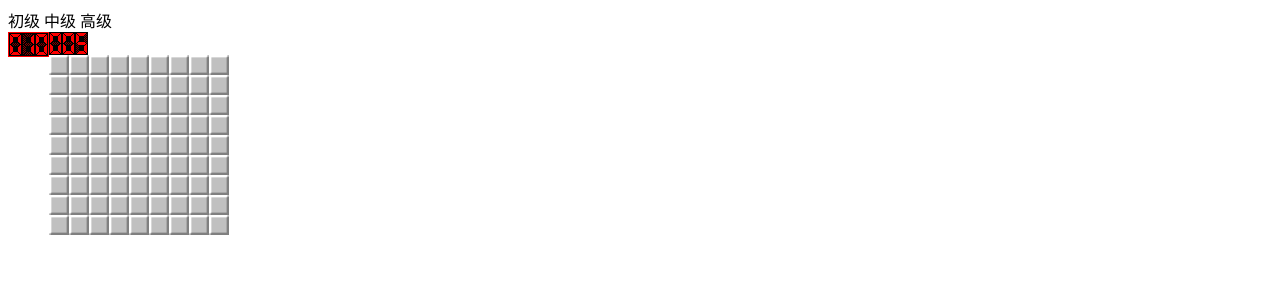
Repository: vLinv/MineSweeper
Page: index.html
An editor plug-in stored every save of this project. The page is shown before and after the next save, followed by the edit.
The browser window is 1280 px wide. The pictures show the whole page.

Above is the page before, as saved 2022-02-18 11:48:45.

### index.html
<!DOCTYPE html>
<html lang="en">

<head>
  <meta charset="UTF-8">
  <meta http-equiv="X-UA-Compatible" content="IE=edge">
  <meta name="viewport" content="width=device-width, initial-scale=1.0">
  <title>MineSweeper</title>
</head>

<body>
  <div class="level_select">
    <span onclick="changeLevel('primary')">初级</span>
    <span onclick="changeLevel('intermediate')">中级</span>
    <span onclick="changeLevel('advanced')">高级</span>
  </div>
  <div class="game_wrap">
    <div class="header_wrap">
      <canvas id="mineNumCanvas" width="39" height="23" style="border: 1px solid red;"></canvas>
      <div class="face_btn"></div>
      <canvas id="timeCanvas" width="39" height="23"></canvas>
    </div>
    <div class="section_wrap">
      <canvas id="canvas" width="180" height="180"></canvas>
    </div>
  </div>
  <style>
    .header_wrap{
      width: 180px;
      height: 23px;
    }
    #mineNumCanvas, #timeCanvas{
      display: inline-block;
      float: left;
    }

  </style>
  <script>
    /** @type {HTMLCanvasElement} */
    // 游戏canvas
    const canvasNode = document.getElementById('canvas')
    const ctx = canvasNode.getContext('2d')
    // mineNum与timer Canvas
    const mineNumNode = document.getElementById('mineNumCanvas')
    const timerNode = document.getElementById('timeCanvas')
    const mineNumCtx = mineNumNode.getContext('2d')
    const timerCtx = timerNode.getContext('2d')

    // 存储图片路径（name, url）
    const imgArr = new Map();
    // 存储已加载好的图片 (name, img)
    const imgArrElement = new Map();
    // 资源是否加载完成
    let sourceInit = false;

    let mineSweeper = null;

    const MAP_LEVEL = {
      'primary': {
        mapSize: [9, 9],
        mineNum: 10
      },
      'intermediate': {
        mapSize: [16, 16],
        mineNum: 40
      },
      'advanced': {
        mapSize: [16, 30],
        mineNum: 90
      }
    }

    function initImage() {
      imgArr.set('ask', './img/ask.gif')
      imgArr.set('blank', './img/blank.gif')
      imgArr.set('blood', './img/blood.gif')
      imgArr.set('flag', './img/flag.gif')
      imgArr.set('mine', './img/mine.gif')
      for (let i = 0; i <= 8; i++) {
        imgArr.set(i, './img/' + i + '.gif')
      }
      for (let i = 0; i <= 9; i++) {
        imgArr.set('num_' + i, './img/num_' + i + '.jpg');
      }
      const loadImage = (url) => {
        return new Promise((reslove) => {
          let img = new Image();
          img.onload = () => reslove(img)
          img.src = url
        })
      }
      const promiseArr = [];
      // 获取所有图片的promise对象并使用promise.all进行加载
      [...imgArr.keys()].forEach(e => {
        promiseArr.push(loadImage(imgArr.get(e)))
      });
      sourceInit = true;
      return Promise.all(promiseArr)
    }

    // 开始游戏
    async function startGame() {
      if (!sourceInit) {
        const res = await initImage()
        const keys = [...imgArr.keys()];
        res.forEach((item, index) => {
          imgArrElement.set(String(keys[index]), item)
        })
      }
      mineSweeper = new MineSweeper();
      mineSweeper.initGame();
    }

    class MineSweeper {
      constructor() {
        this.level = 'primary'
        this.map = [];
        this.mapSizeX = 0;
        this.mapSizeY = 0;
        this.mineNum = 0;
        this.bombList = [];
        this.flagList = [];
        this.problemList = [];
        this.isGameOver = false;
        this.mineNumCanvas = mineNumCtx;
        this.timerCanvas = timerCtx;
        this.timer = null;
        this.time = 0;
      }

      initGame() {
        const {
          mapSize,
          mineNum
        } = MAP_LEVEL[this.level]
        this.mapSizeX = mapSize[0];
        this.mapSizeY = mapSize[1];
        this.mineNum = mineNum;
        this.buildMap();
        this.buildBomb();
        this.drawMap();
        this.drawGameInfo(this.mineNum, this.mineNumCanvas);
        this.drawGameInfo(this.time, this.timerCanvas)
        this.timer = setInterval(() => {
          this.time += 1;
          this.drawGameInfo(this.time, this.timerCanvas)
        }, 1000)
      }

      buildMap() {
        for (let i = 0; i < this.mapSizeY; i++) {
          this.map.push(new Array(this.mapSizeX).fill(-1))
        }
      }

      buildBomb() {
        let curBomb = 0;
        while (curBomb < this.mineNum) {
          let xPos = Number.parseInt(Math.random() * this.mineNum);
          let yPos = Number.parseInt(Math.random() * this.mineNum);
          if (this.bombList.find(item => {
              return xPos === item[0] && yPos === item[1]
            }) === undefined) {
            this.bombList.push([xPos, yPos])
            curBomb++;
          }
        }
      }
      // 绘制
      drawMap() {
        const blankImg = imgArrElement.get('blank')
        const flag = imgArrElement.get('flag')

        for (let i = 0; i < this.mapSizeX; i++) {
          for (let j = 0; j < this.mapSizeY; j++) {
            if (this.map[i][j] === -1) {
              ctx.drawImage(blankImg, 0, 0, blankImg.width, blankImg.height, 20 * i, 20 * j, 20, 20)
            } else if (this.map[i][j] >= 0) {
              const numImg = imgArrElement.get(this.map[i][j] + '')
              ctx.drawImage(numImg, 0, 0, numImg.width, numImg.height, 20 * i, 20 * j, 20, 20)
            }
            if (this.posInflagList(i, j) !== -1) {
              ctx.drawImage(flag, 0, 0, flag.width, flag.height, 20 * i, 20 * j, 20, 20)
            }
          }
        }
      }

      drawAllBomb(xPos, yPos) {
        const blood = imgArrElement.get('blood')
        const mine = imgArrElement.get('mine')
        // 绘制所有地雷
        this.bombList.forEach(e => {
          if (e[0] === xPos && e[1] === yPos) {
            ctx.drawImage(blood, 0, 0, blood.width, blood.height, 20 * e[0], 20 * e[1], 20, 20)
          } else {
            ctx.drawImage(mine, 0, 0, mine.width, mine.height, 20 * e[0], 20 * e[1], 20, 20)
          }
        })
      }


      // 绘制地雷数与计时器
      drawGameInfo(num, ctx) {
        // 将num转换为3位数字
        const tmpArr = new Array(3).fill(0);
        const arr = [...num + '']
        while (arr.length < 3) {
          arr.unshift('0')
        }
        for (let i = 0; i < 3; i++) {
          ctx.drawImage(imgArrElement.get('num_' + arr[i]), i * 13, 0)
        }
      }

      // 获取(xPos, yPos)周围八格位置
      getAroundGrid(xPos, yPos) {
        const pos = [-1, 0, 1];
        const around = [];
        for (let i = 0; i < pos.length; i++) {
          let tmpxPos = xPos + pos[i];
          // 边界
          if (tmpxPos < 0 || tmpxPos >= this.mapSizeX) {
            continue
          }
          for (let j = 0; j < pos.length; j++) {
            let tmpyPos = yPos + pos[j];
            if (tmpyPos < 0 || tmpyPos >= this.mapSizeY || (tmpxPos === xPos && tmpyPos === yPos)) {
              continue
            }
            around.push([tmpxPos, tmpyPos])
          }
        }
        return around;
      }

      // 点击(xPos, yPos)操作
      clickPos(xPos, yPos) {
        // 判断游戏是否结束
        if (this.posInBombList(xPos, yPos)) {
          this.gameOver(xPos, yPos);
          return;
        }
        const queue = []
        queue.push([xPos, yPos]);
        while (queue.length > 0) {
          let tmpNode = queue.shift()
          let tmpxPos = tmpNode[0],
            tmpyPos = tmpNode[1]
          // 该点为雷或已经打开则跳过
          if (this.posInBombList(tmpxPos, tmpyPos) || this.map[tmpxPos][tmpyPos] >= 0) {
            continue;
          }
          const around = this.getAroundGrid(tmpxPos, tmpyPos, this.map.length)
          // around中有几个雷
          let bombNum = 0
          around.forEach(x => {
            this.bombList.forEach(y => {
              if (x[0] === y[0] && x[1] === y[1]) {
                bombNum++;
              }
            })
          })
          this.map[tmpxPos][tmpyPos] = bombNum;
          // 如果周围没有雷，则继续打开周围坐标
          if (bombNum === 0) {
            queue.push(...around)
          }
        }
        this.drawMap()
      }

      // 游戏结束操作
      gameOver(xPos, yPos) {
        this.drawAllBomb(xPos, yPos)
        this.isGameOver = true;
      }

      // (xPos, yPos)是否为雷
      posInBombList(xPos, yPos) {
        // true: 存在
        return this.bombList.find(item => {
          return xPos === item[0] && yPos === item[1]
        }) !== undefined
      }

      // (xPos, yPos)是否被标记
      posInflagList(xPos, yPos) {
        return this.flagList.findIndex(item => {
          return xPos === item[0] && yPos === item[1]
        })
      }

      // 判断游戏是否胜利
      checkGameWin() {
        // 剩余未打开格子都存在于bombList中
        for (let i = 0; i < this.mapSizeX; i++) {
          for (let j = 0; j < this.mapSizeY; j++) {
            let tmpGrid = this.map[i][j]
            if (tmpGrid < 0 && !this.posInBombList(i, j)) {
              return false;
            }
          }
        }
        return true;
      }

      // 标记(xPos, yPos)
      signBomb(xPos, yPos) {
        const pos = this.posInflagList(xPos, yPos)
        if (pos !== -1) {
          this.flagList.splice(pos, 1)
        } else {
          this.flagList.push([xPos, yPos])
        }
        this.drawMap()
      }

      // 改变等级
      changeLevel(level) {

      }
    }

    // 监听点击事件
    document.addEventListener('click', e => {
      if (e.target !== canvas || mineSweeper.isGameOver) {
        return;
      }
      mineSweeper.clickPos(Number.parseInt(e.offsetX / 20), Number.parseInt(e.offsetY / 20))
    })

    // 监听右键事件
    document.oncontextmenu = e => {
      if (e.target !== canvas || mineSweeper.isGameOver) {
        return false;
      }
      const xPos = Number.parseInt(Number.parseInt(e.offsetX / 20)),
        yPos = Number.parseInt(Number.parseInt(e.offsetY / 20))
      mineSweeper.signBomb(xPos, yPos)
    };
    startGame();
  </script>
</body>

</html>

After the next save:
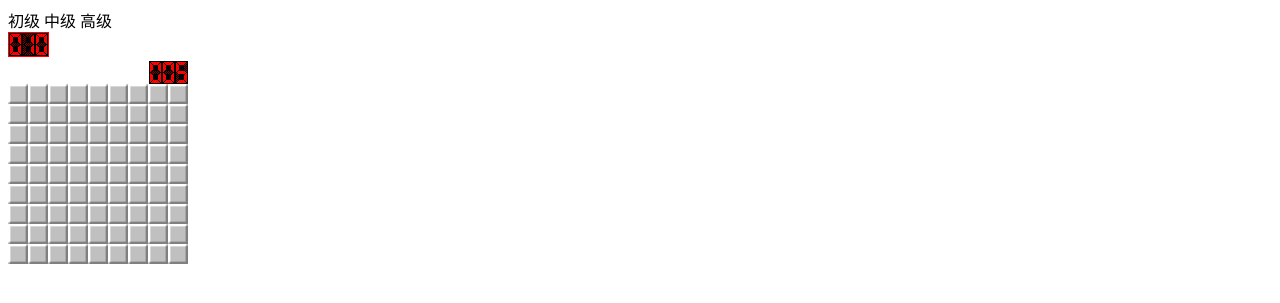
Saved 17 s later.
--- a/index.html
+++ b/index.html
@@ -29,9 +29,11 @@
       width: 180px;
       height: 23px;
     }
-    #mineNumCanvas, #timeCanvas{
+    #mineNumCanvas{
       display: inline-block;
-      float: left;
+    }
+    #timeCanvas{
+      float: right;
     }
 
   </style>
